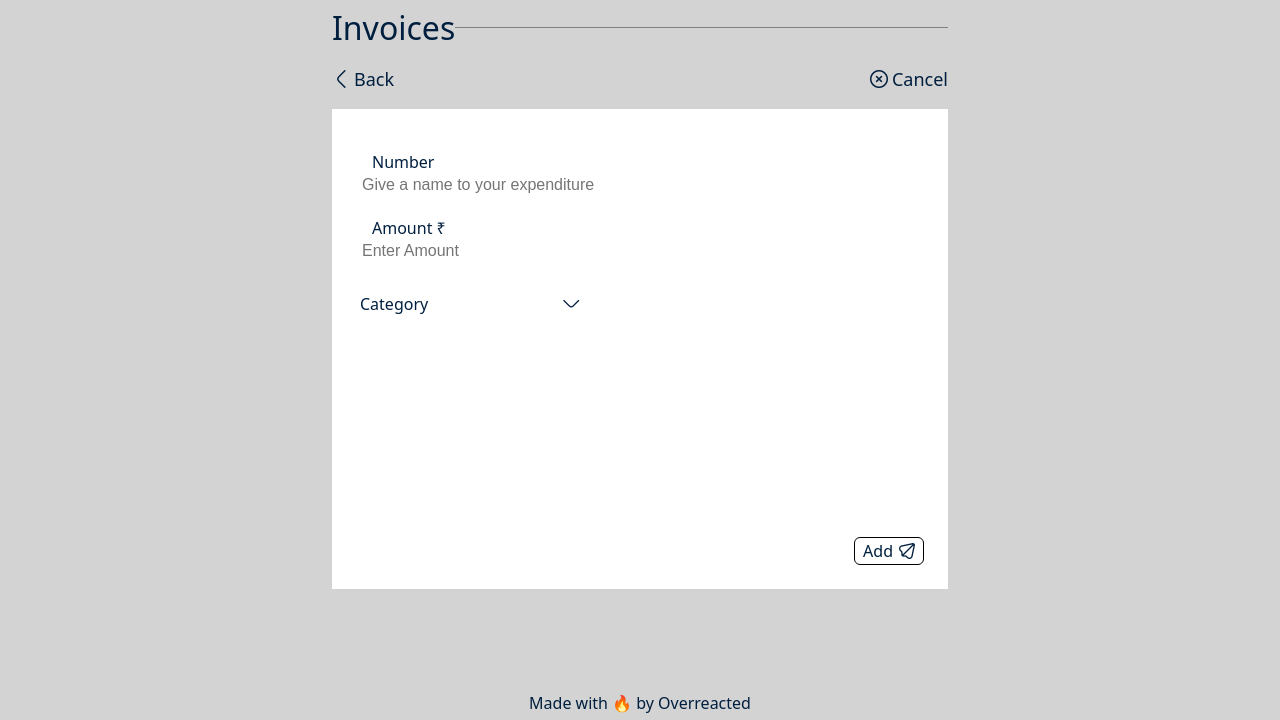
Repository: om1ars/task3
Page: /add-expense
These files come from the project's save history. The page is drawn as it stood at one moment and after the next save; the edit follows.
The browser window is 1280 px wide. The pictures show the whole page.
Some web libraries are served in a nearby version. The project was rebuilt for these pictures with package versions that can differ from the ones it lists, and the page was loaded fresh each time. Also part of the build but not shown: src/components/add-form/success-modal.css, src/components/expense-list/card.css, src/components/expense-list/card.js, src/components/expense-list/expense-list.css, src/components/expense-list/index.js, src/pages/home/home.css, src/pages/home/index.js.

Above is the page before, as saved 2021-12-18 14:58:10.

After the next save:
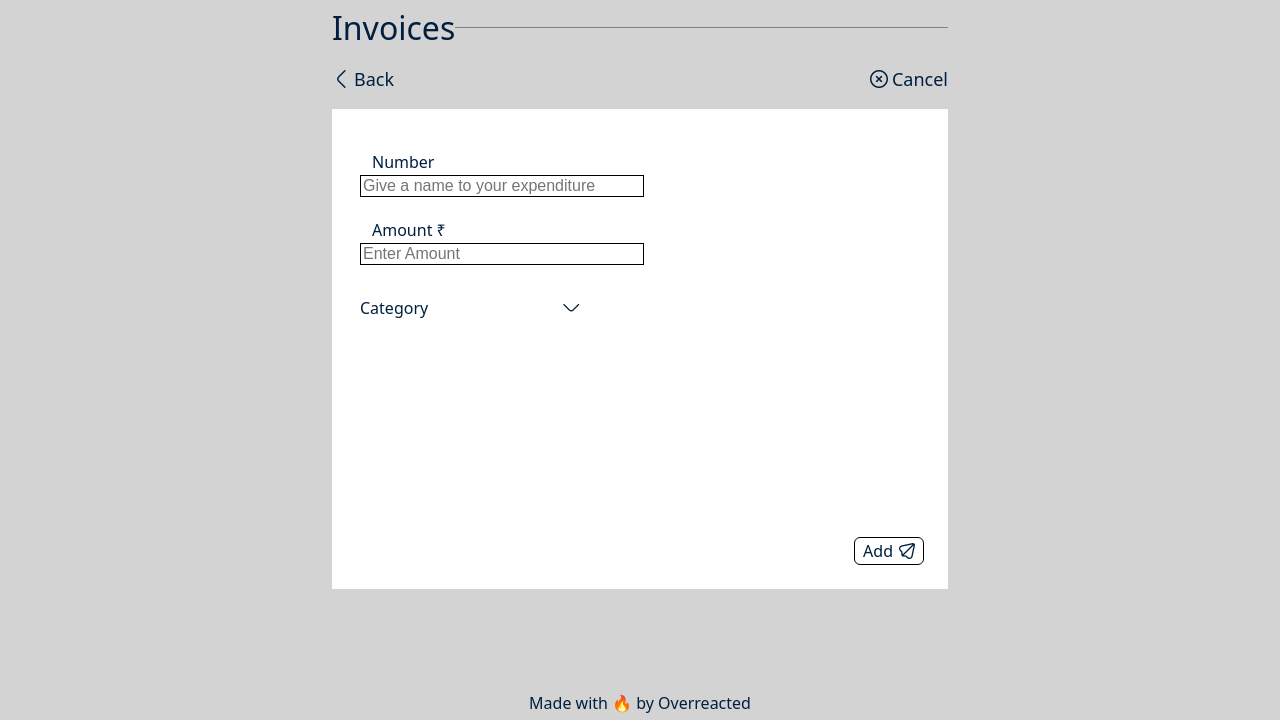
Saved 14 s later.
--- a/src/components/add-form/add-form.css
+++ b/src/components/add-form/add-form.css
@@ -23,7 +23,7 @@
 }
 .form-item input {
   font-size: 16px;
-  border: none;
+  border: 1px solid black;
   width: 70%;
   outline: none;
 }
